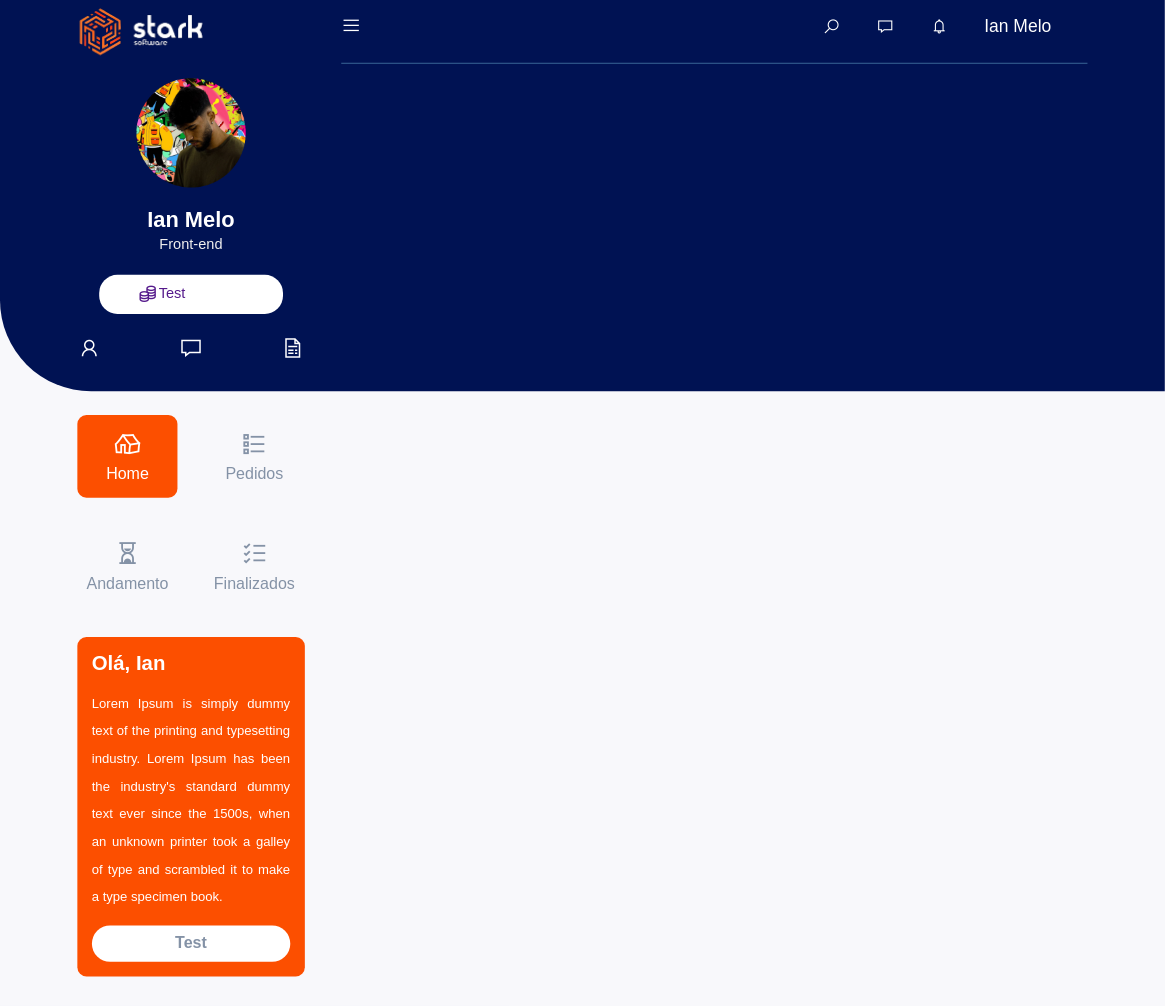
Repository: ichumbo/StarkDashboard
Page: index.html
An editor plug-in stored every save of this project. The page is shown before and after the next save, followed by the edit.
The browser window is 1280 px wide. The pictures show the whole page, at 91% of full size.

Above is the page before, as saved 2023-06-06 20:06:44.

### index.html
<!DOCTYPE html>
<html lang="pt-br">
<head>

    <meta charset="UTF-8">
    <meta http-equiv="X-UA-Compatible" content="IE=edge">
    <meta name="viewport" content="width=device-width, initial-scale=1.0">
    <title>Stark</title>
    <!--CSS-->
    <link rel="stylesheet" href="css/style.css">
    <!--Icons-->
    <link rel="stylesheet" href="https://maxst.icons8.com/vue-static/landings/line-awesome/font-awesome-line-awesome/css/all.min.css">
    <link rel="stylesheet" href="https://maxst.icons8.com/vue-static/landings/line-awesome/line-awesome/1.3.0/css/line-awesome.min.css">

</head>
<body>
<!-------------------------------------------------Perfil------------------------------------------------------>
    <div class="page-wrapper">
        <input type="checkbox" name="" id="menu-toggle">

        <div class="sidebar">
            <div class="brand">
                <img src="./img/blackicon.png" alt="stark" class="icon-header">
            </div>

            <div class="profile-card">
                <div class="profile-img">
                    <img src="./img/iconphoto.png" alt="Perfil" class="photo-header">
                </div>
                <div class="profile-info">
                    <h2>Ian Melo</h2>
                    <small>Front-end</small>
                </div>
                <div class="profile-action">
                    <a href="" class="btn btn-white">
                        <span class="las la-coins"></span>
                        Test
                    </a>
                </div>
                <div class="profile-icons">
                    <span class="las la-user"></span>
                    <span class="las la-comment-alt"></span>
                    <span class="las la-file-invoice"></span>
                </div>
            </div>

<!-----------------------------------------------------Menu---------------------------------------------------->

            <div class="sidebar-menu">
                <div class="menu-item">
                    <a href="" class="active">
                        <span class="las la-campground"></span>
                        <span>Home</span>
                    </a>
                </div>

                <div class="menu-item">
                    <a href="">
                        <span class="las la-list"></span>
                        <span>Pedidos</span>
                    </a>
                </div>

                <div class="menu-item">
                    <a href="">
                        <span class="las la-hourglass-half"></span>
                        <span>Andamento</span>
                    </a>
                </div>

                <div class="menu-item">
                    <a href="">
                        <span class="las la-list-alt"></span>
                        <span>Finalizados</span>
                    </a>
                </div>

            </div>

<!-------------------------------------------------Cards------------------------------------------------------->
            <div class="sidebar-card">
                <h3>Olá, Ian</h3>
                <p>Lorem Ipsum is simply dummy text of the printing and typesetting industry. Lorem Ipsum has been the industry's standard dummy text ever since the 1500s, when an unknown printer took a galley of type and scrambled it to make a type specimen book.
                </p>
                <a href="" class="btn btn-block btn-white">Test</a>
            </div>
        </div>

<!-------------------------------------------------Header------------------------------------------------------>
        <div class="main-content">
            <header>
                <label for="menu-toggle">
                    <span class="las la-bars"></span>
                </label>

                <div class="head-icons">
                    <span class="las la-search"></span>
                    <span class="las la-comment-alt"></span>
                    <span class="las la-bell"></span>
                    <div class="head-avartar">
                        <div class="avatar" style="background-image: url(img/1.jpeg)"></div>
                    </div>
                    <span>Ian Melo</span>
                </div>
            </header>

<!--------------------------------------------------Main--------------------------------------------------------->
            <main>

            </main>
        </div>
    </div>
</body>
</html>

### css/style.css
@import url(./global.css);
@import url(./color.css);
@import url(./sidebar.css);
@import url(./header.css);

/*------------------------------------------------------------------------------------------------------------------------------------------*/

#menu-toggle {
    display: none;
}

### css/global.css
@import url('https://fonts.googleapis.com');

* {
    font-family: 'Nunito', sans-serif;
    text-decoration: none;
    list-style-type: none;
    padding: 0;
    margin: 0;
    box-sizing: border-box;
}

body {
    color: var(--main-text);
    background: var(--bg-body);
}

.icon-header {
    width: 140px;
}

.photo-header {
    width: 120px;

}

.btn {
    border: none;
    outline: none;
    border-radius: 20px;
    padding: .6rem 2rem;
    display: flex;
    align-items: center;
}

.btn-white {
    background: var(--color-white);
}

.btn span {
    font-size: 1.5rem;
    display: inline-block;
    margin-left: .6rem;
}

.page-wrapper {
    width: 93%;
    margin: auto;
    display: flex;
}

.page-wrapper::before {
    content: "";
    width: 100%;
    height: 430px;
    position: absolute;
    left: 0;
    top: 0;
    background: var(--color-3);
    z-index: -1;
    border-radius: 0px 0px 0px 100px;
}

### css/color.css
:root {
    --color-main: #FC4F00;
    --color-secondary: #E57C23;
    --color-3: #001253;
    --color-4: #3E6D9C;
    --color-dark: #100F0F;
    --color-dark-secundary: #181823;
    --bg-body: #F8F8FB;
    --color-white: #FFFFFF;
    --main-accent: #DC8449;
    --main-text: #8492A6;
    --success: #28A745;
    --danger: #DC3545;
    --shadow: rgba(0, 0, 0, 0.15) 0px 2px 8px;
}

### css/sidebar.css
.sidebar {
    width: 250px;
    margin-left: 40px;
}

.brand {
    height: 70px;
    display: flex;
    align-items: center;
}

.brand h3 {
    font-size: 1.8rem;
    color: var(--color-white);
}

/*-----------------------------------------------PROFILE----------------------------------------------*/

.profile-card {
    text-align: center;
    margin: 1rem 0rem;
}

.profile-img {
    height: 120px;
    width: 120px;
    border-radius: 50%;
    margin: auto;
    background-size: cover;
    background-repeat: no-repeat;
    margin-bottom: 1.3rem;
}

.profile-info {
    color: var(--color-white);
}

.profile-info h2 {
    margin-bottom: .3rem;
}

.profile-info small {
    font-size: 1rem;
    color: #EFEFEF;
}

.profile-action {
    margin: 1.5rem;
}

.profile-icons {
    display: flex;
    justify-content: space-between;
    align-items: center;
    margin-bottom: 3.8rem;
}

.profile-icons span {
    display: inline-block;
    color: var(--color-white);
    font-size: 1.65rem;
}

/*-----------------------------------------------MENU----------------------------------------------*/

.sidebar-menu {
    display: grid;
    grid-template-columns: repeat(2, 1fr);
    grid-gap: 1.8rem;
}

.menu-item a {
    display: block;
    width: 100%;
    padding: 1rem 0rem;
   border-radius: 10px;
}

.menu-item a span {
    display: block;
    text-align: center;
    color: var(--main-text);
    font-size: 1.1rem;
}

.menu-item a span:first-child {
    font-size: 2rem;
    margin-bottom: .4rem;
}

.menu-item a.active {
    background: var(--color-main);
}

.menu-item a.active span {
    color: var(--color-white);
}

/*-----------------------------------------------Cards----------------------------------------------*/

.sidebar-card {
    padding: 1rem;
    border-radius: 10px;
    background: var(--color-main);
    margin: 2rem 0rem;
    color: var(--color-white);
}

.sidebar-card h3 {
    margin-bottom: 1rem;
    font-size: 1.4rem;
}

.sidebar-card p {
    line-height: 1.9rem;
    margin-bottom: 1rem;
    font-size: .9rem;
    text-align: justify;
}

.sidebar-card a {
    text-align: center;
    font-weight: 600;
    color: var(--main-text);
    display: block;
    font-size: 1.1rem;
}

### css/header.css
.main-content {
    padding: 0 40px;
    flex: 1;
}

header {
    display: flex;
    justify-content: space-between;
    align-items: center;
    height: 70px;
    border-bottom: 1px solid var( --color-4);
    padding-bottom: .7rem;
    color: var(--color-white)
}

header label {
    display: inline-block;
    font-size: 1.4rem;
}

.head-icons {
    display: flex;
    align-items: center;
}

.head-icons span {
    margin-right: 2.5rem;
    display: inline-block;
    font-size: 1.2rem;
}

After the next save:
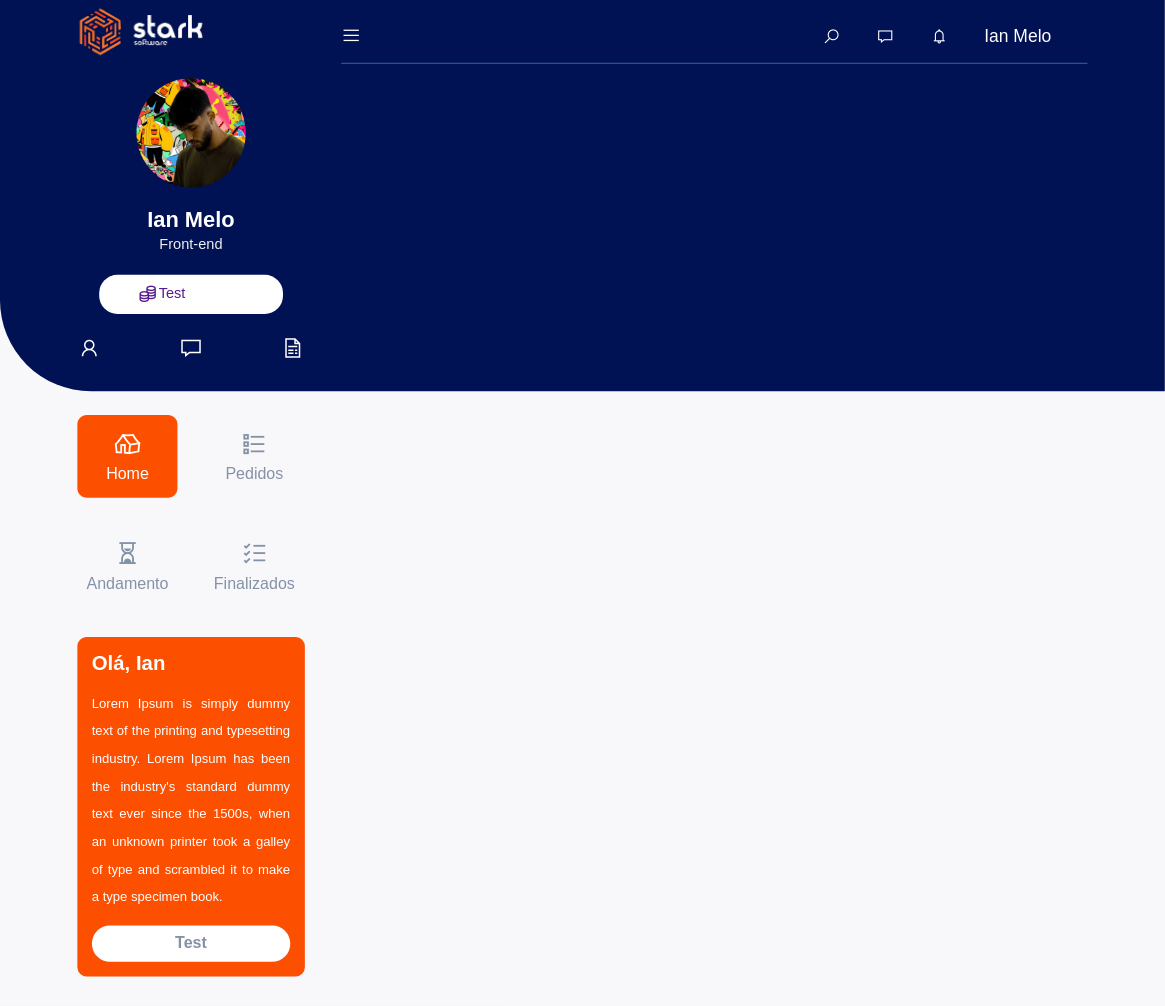
Saved 9 s later.
--- a/css/header.css
+++ b/css/header.css
@@ -9,7 +9,7 @@ header {
     align-items: center;
     height: 70px;
     border-bottom: 1px solid var( --color-4);
-    padding-bottom: .7rem;
+    padding-top: .7rem;
     color: var(--color-white)
 }
 
